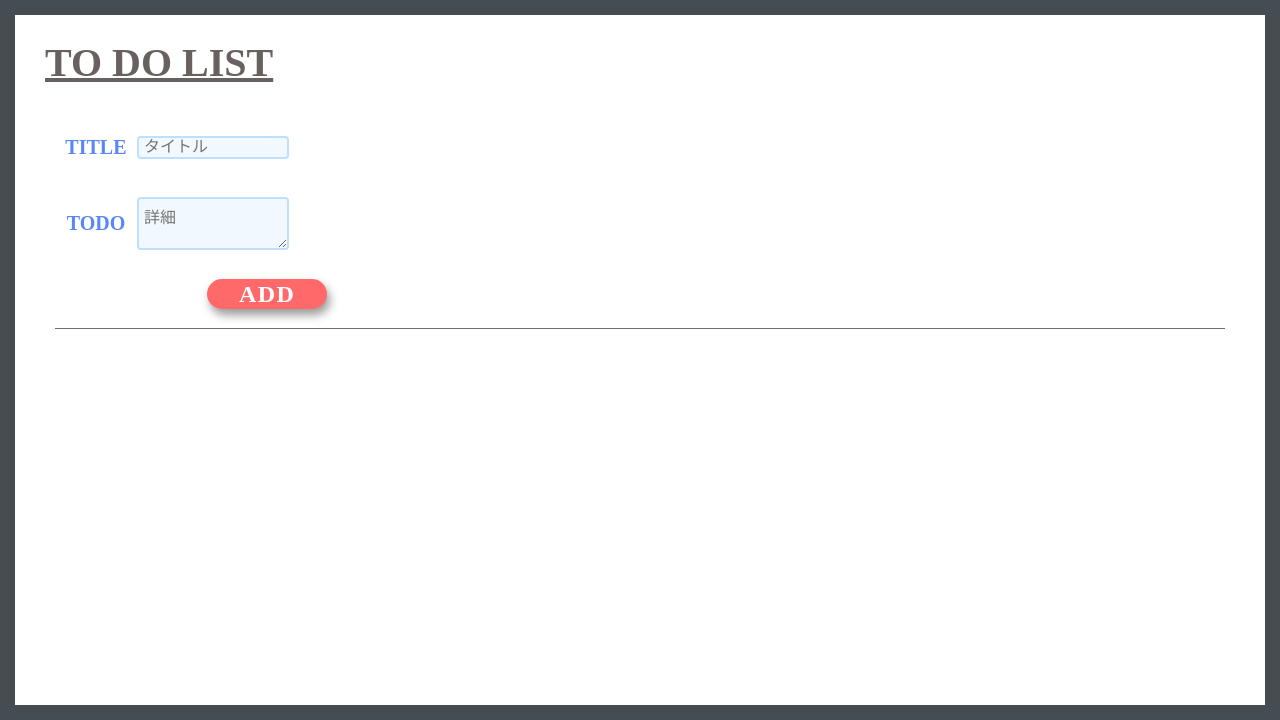
Repository: NagataRyuji0630/shinjin-otameshi
Page: todo_white_board.html
An editor plug-in stored every save of this project. The page is shown before and after the next save, followed by the edit.
The browser window is 1280 px wide. The pictures show the whole page.

Above is the page before, as saved 2020-06-14 17:33:46.

After the next save:
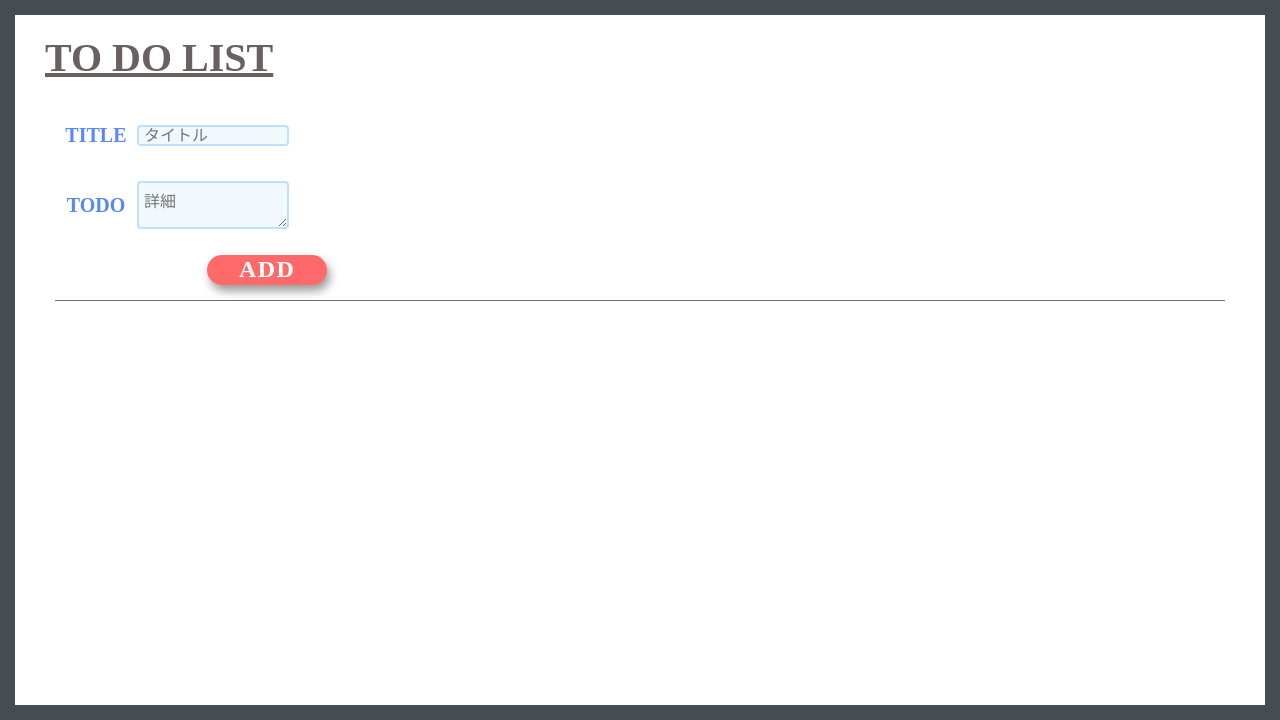
Saved 69 s later.
--- a/todo_white_board.css
+++ b/todo_white_board.css
@@ -158,6 +158,7 @@ body, html {
 #todo_list_container {
     width: 100%;
     height: 60%;
+    margin: 30px;
 }
 
 .todo_tag {
